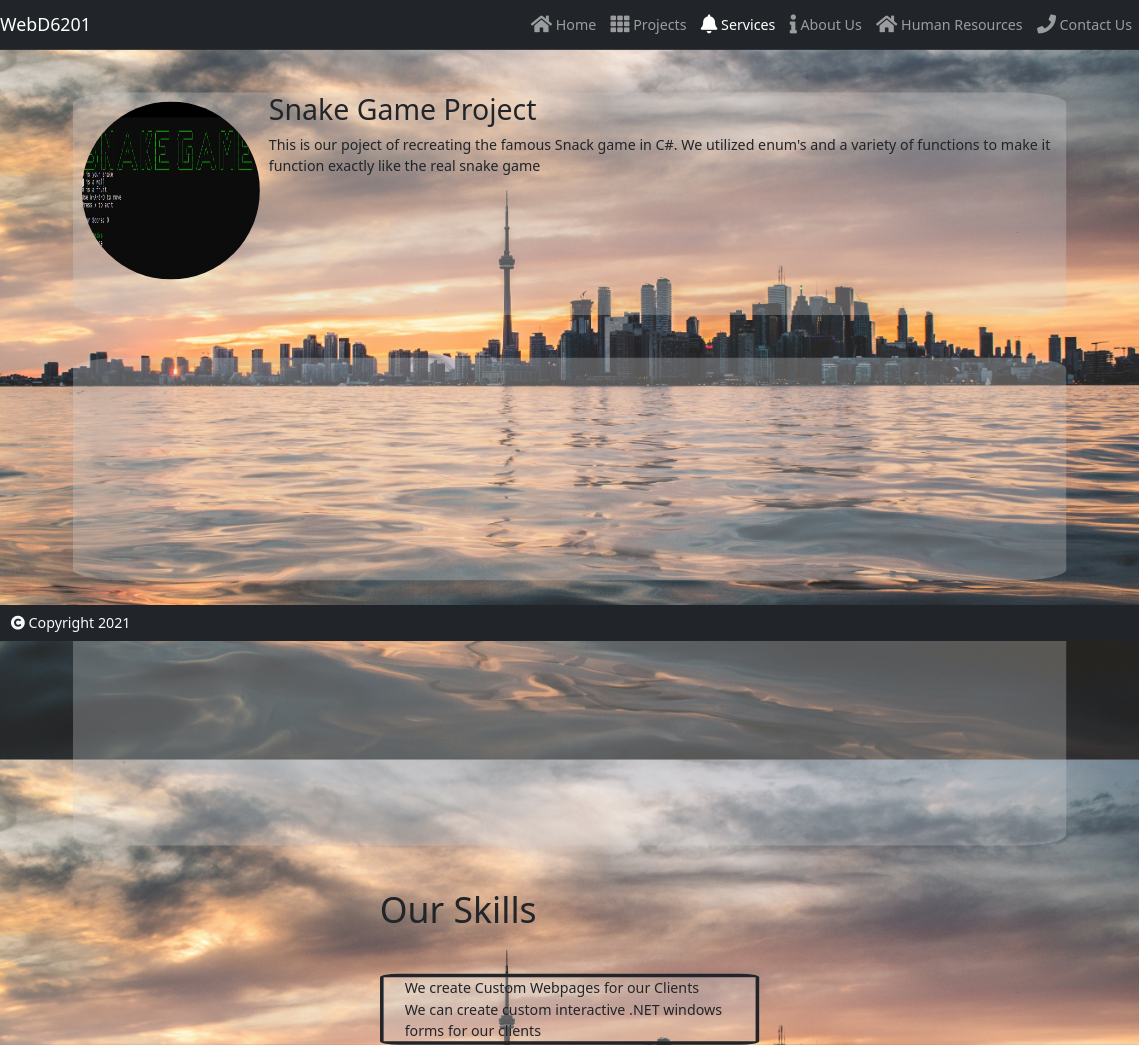
Repository: Tomelinski/Webd6201-Lab02
Page: services.html
An editor plug-in stored every save of this project. The page is shown before and after the next save, followed by the edit.
The browser window is 1280 px wide. The pictures show the whole page, at 89% of full size.
Backgrounds fixed to the window are drawn as part of the page.

Above is the page before, as saved 2021-02-05 21:47:30.

After the next save:
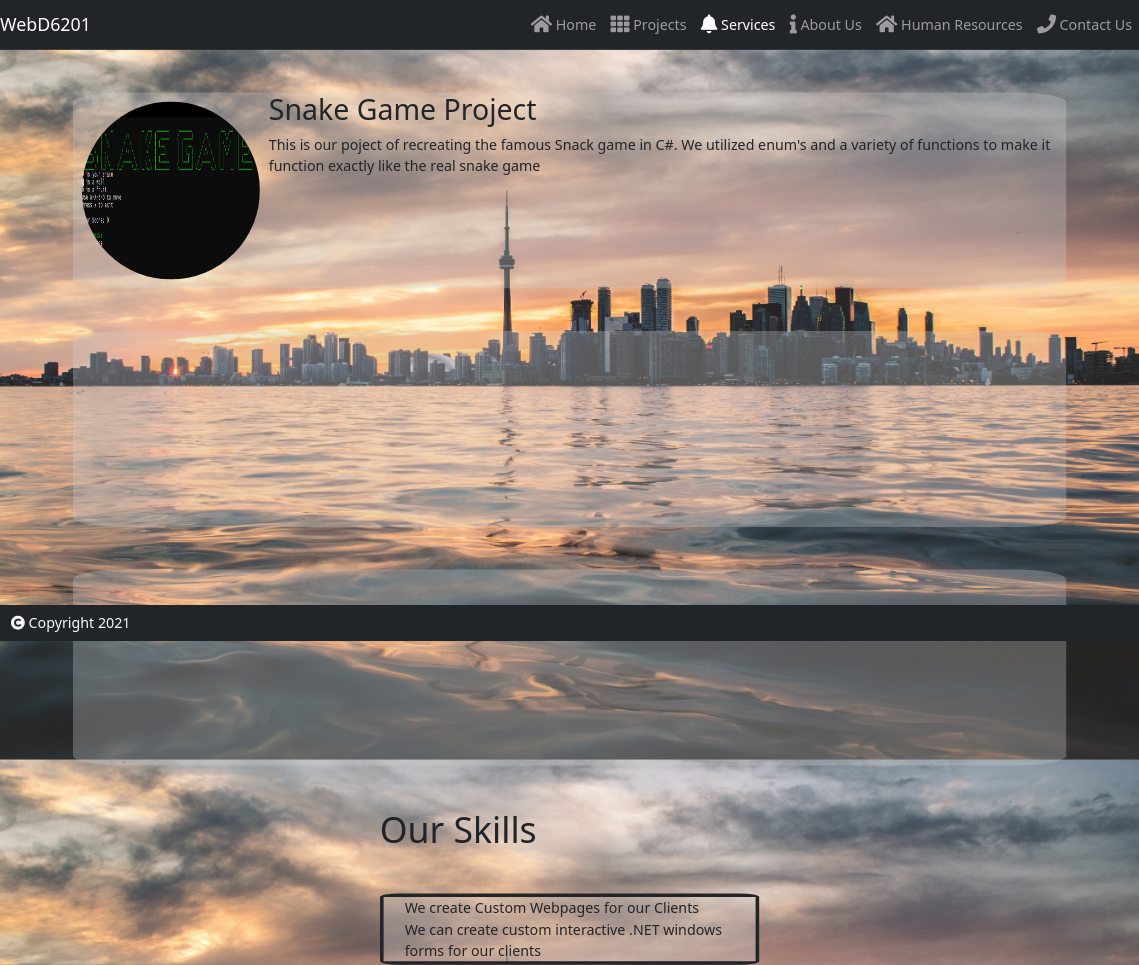
Saved 17 s later.
--- a/Content/app.css
+++ b/Content/app.css
@@ -63,5 +63,5 @@
     height: 200px;
 }
 #service1, #service2, #service3{
-    height: 250px;
+    height: 220px;
 }
